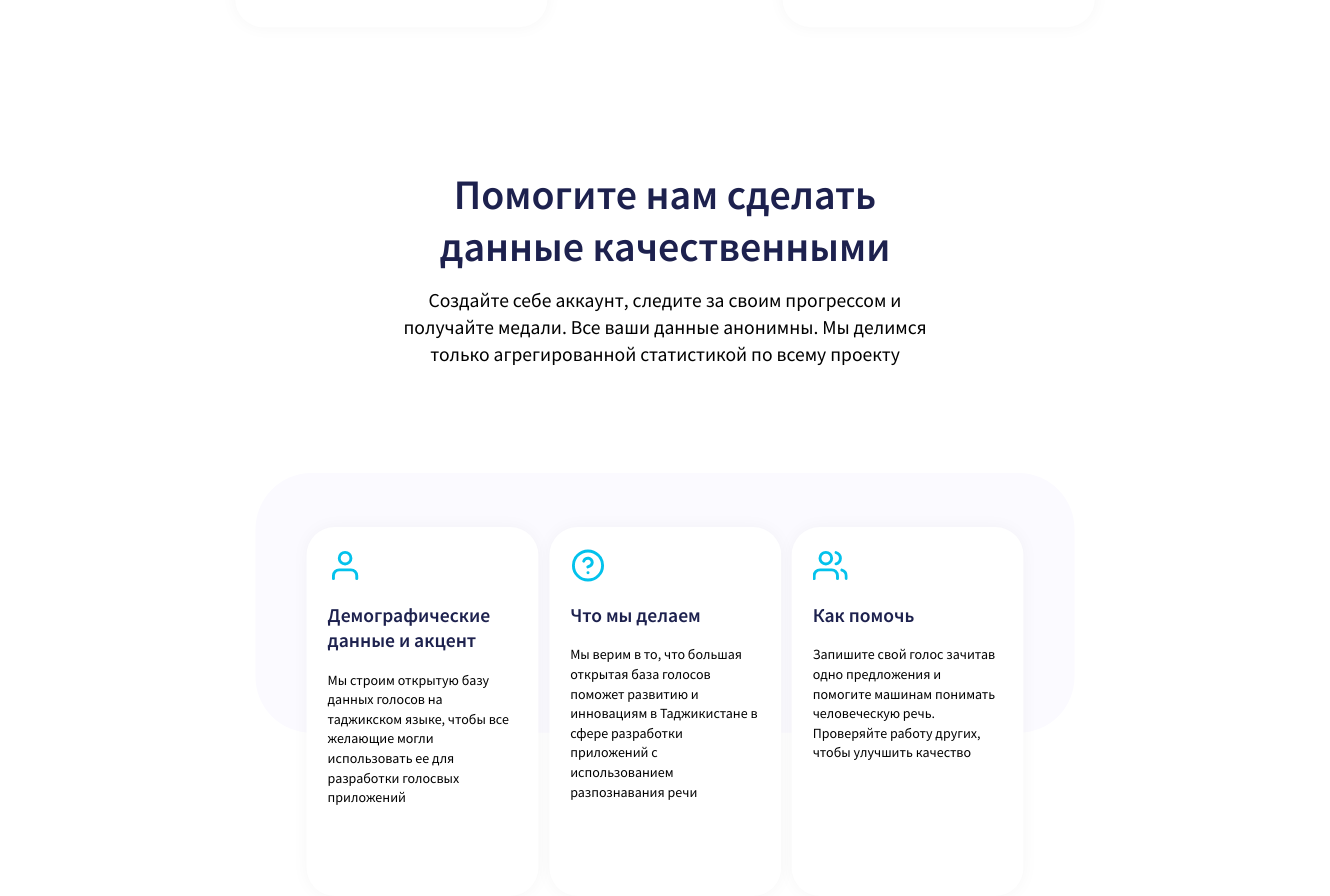
Repository: Amin444/Paymona-Sadp
Page: index.html
An editor plug-in stored every save of this project. The page is shown before and after the next save, followed by the edit.
The browser window is 1280 px wide. The page is 1900 px wide, so the pictures cover 1900 px, including what lies to the right of the window. The pictures show the part of the page from y = 4647 to 5927 px (the page is 5927 px tall), at 70% of full size.

Above is the page before, as saved 2021-11-12 12:38:01.

After the next save:
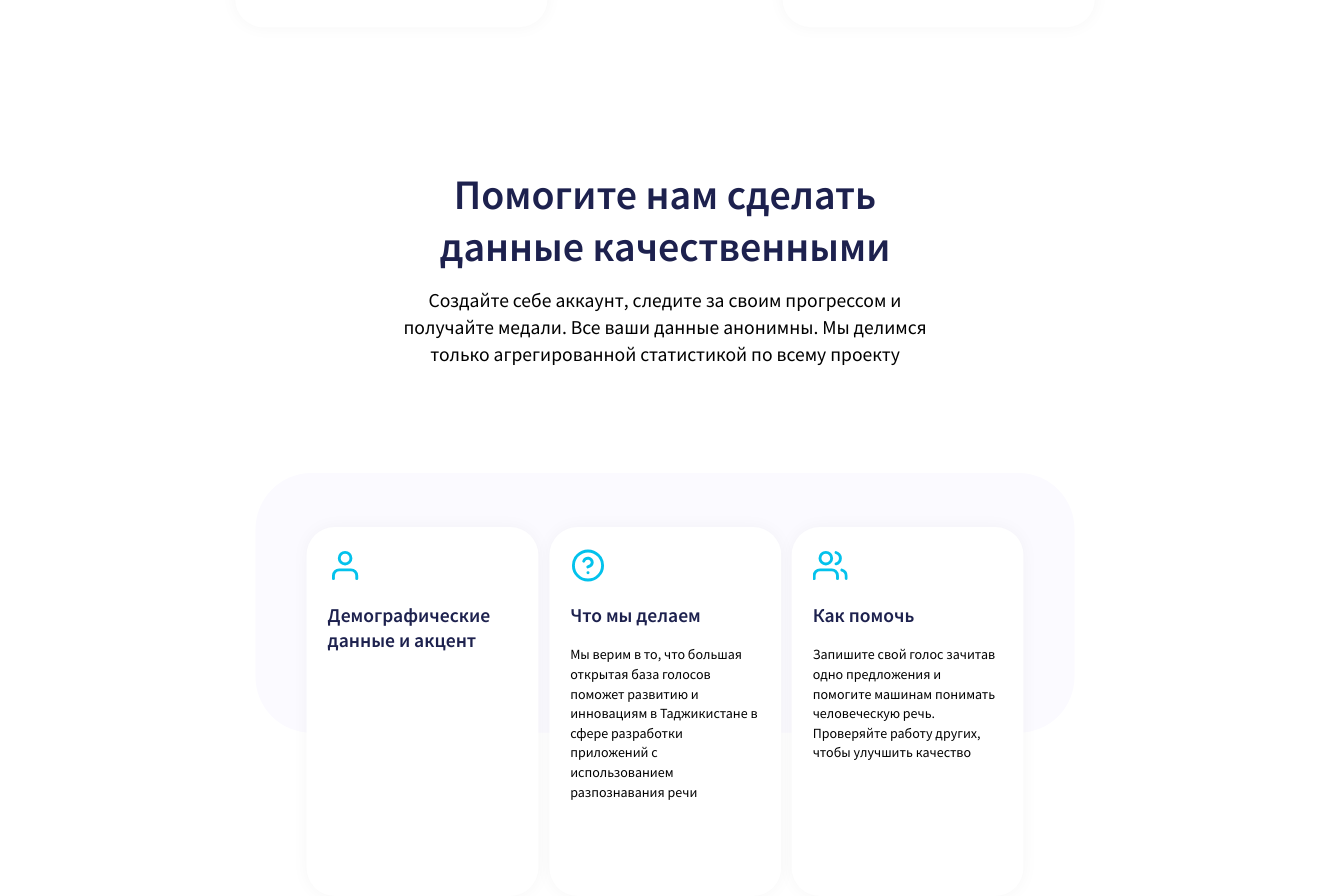
Saved 4 s later.
--- a/index.html
+++ b/index.html
@@ -176,10 +176,7 @@
               <div class="visible">
                 <img src="./img/Group13.svg">
                 <p class="card-title">Демографические данные и акцент</p>
-                <p class="card-text">Мы строим открытую базу данных
-                   голосов на таджикском языке,
-                   чтобы все желающие могли использовать
-                   ее для разработки голосвых приложений</p>
+
               </div>
               <div class="visible">
                 <img src="./img/Group3.svg">
